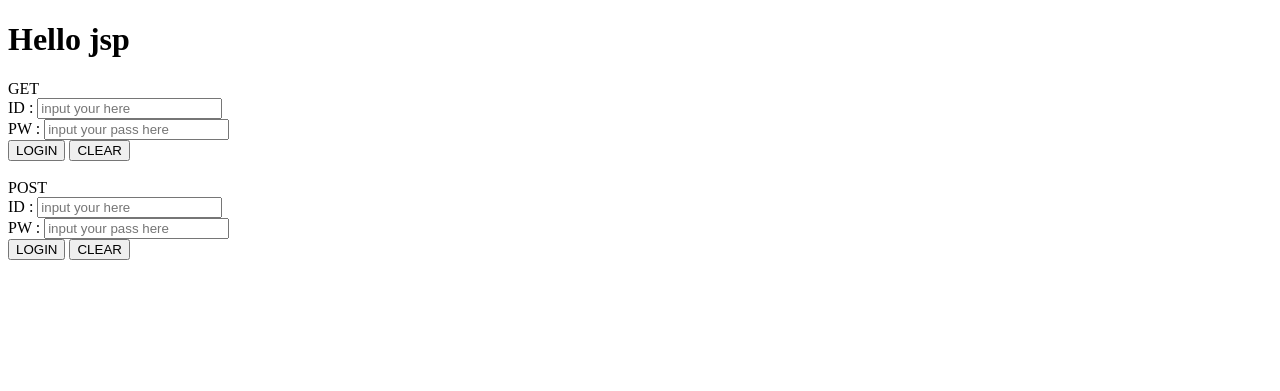
Repository: Vipper105/Restaurant_project
Page: webShop/WebContent/index.html
These files come from the project's save history. The page is drawn as it stood at one moment and after the next save; the edit follows.
The browser window is 1280 px wide. The pictures show the whole page.

Above is the page before, as saved 2020-08-11 02:56:00.

After the next save:
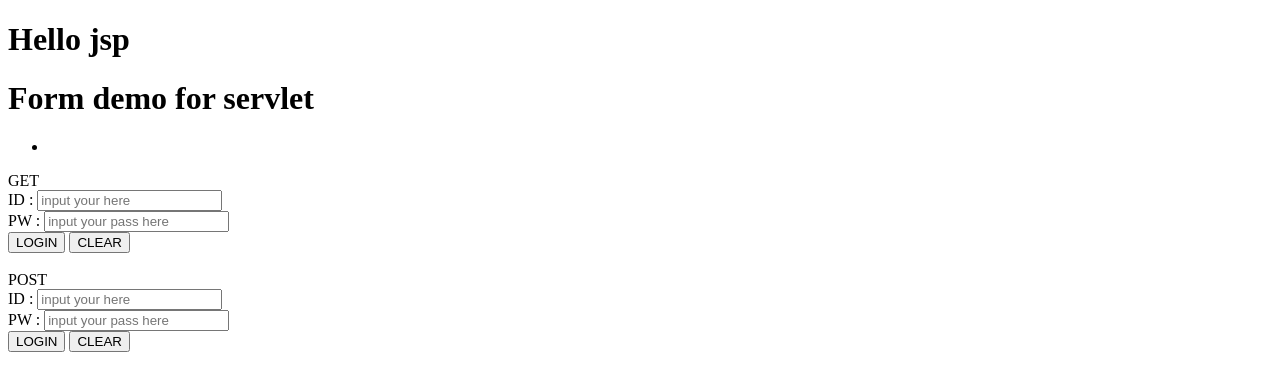
Saved 80 s later.
--- a/webShop/WebContent/index.html
+++ b/webShop/WebContent/index.html
@@ -7,6 +7,11 @@
 <body>
 
 <h1>Hello jsp</h1>
+
+<h1> Form demo for servlet </h1>
+<ul>
+	<li><a></a></li>
+ </ul>
 
 <div>
 	GET <br/>
